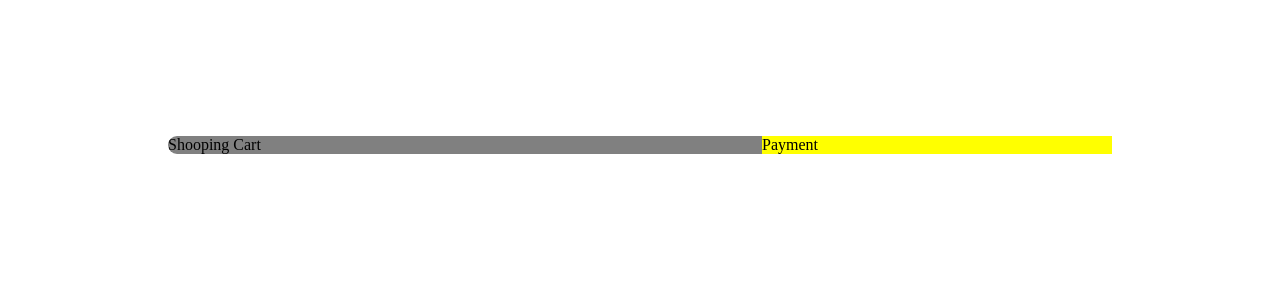
Repository: NDBaoFE/pizza-ordering-hiep
Page: /checkout
The author's editor kept a copy of each file at every save. The page is drawn from the files as they stood at one save, then again after the next save.
The browser window is 1280 px wide. The pictures show the whole page.
The project was rebuilt for these pictures with package versions that can differ from the ones it lists, and the page was loaded fresh each time.

Above is the page before, as saved 2022-08-27 21:50:07.

After the next save:
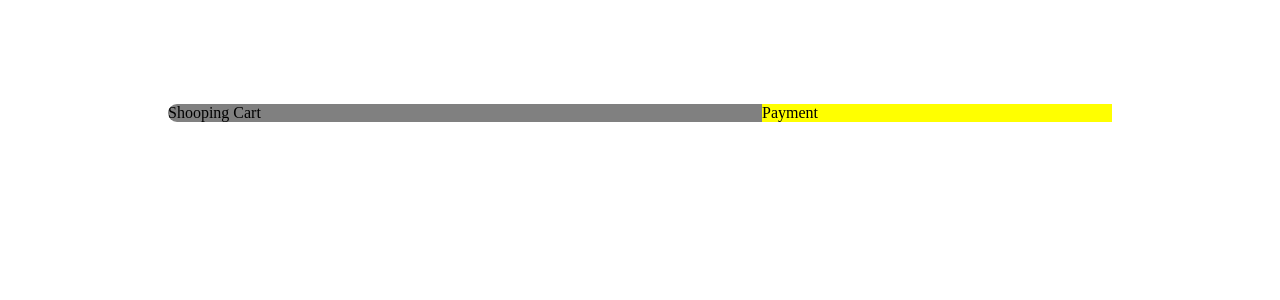
Saved 5 s later.
--- a/src/pages/Checkout/Checkout.styled.js
+++ b/src/pages/Checkout/Checkout.styled.js
@@ -1,7 +1,7 @@
 import styled from 'styled-components'
 
 export const Background = styled.div`
-  padding: 8rem 10rem;
+  padding: 6rem 10rem;
   display: flex;
 `
 export const Cart = styled.div`
